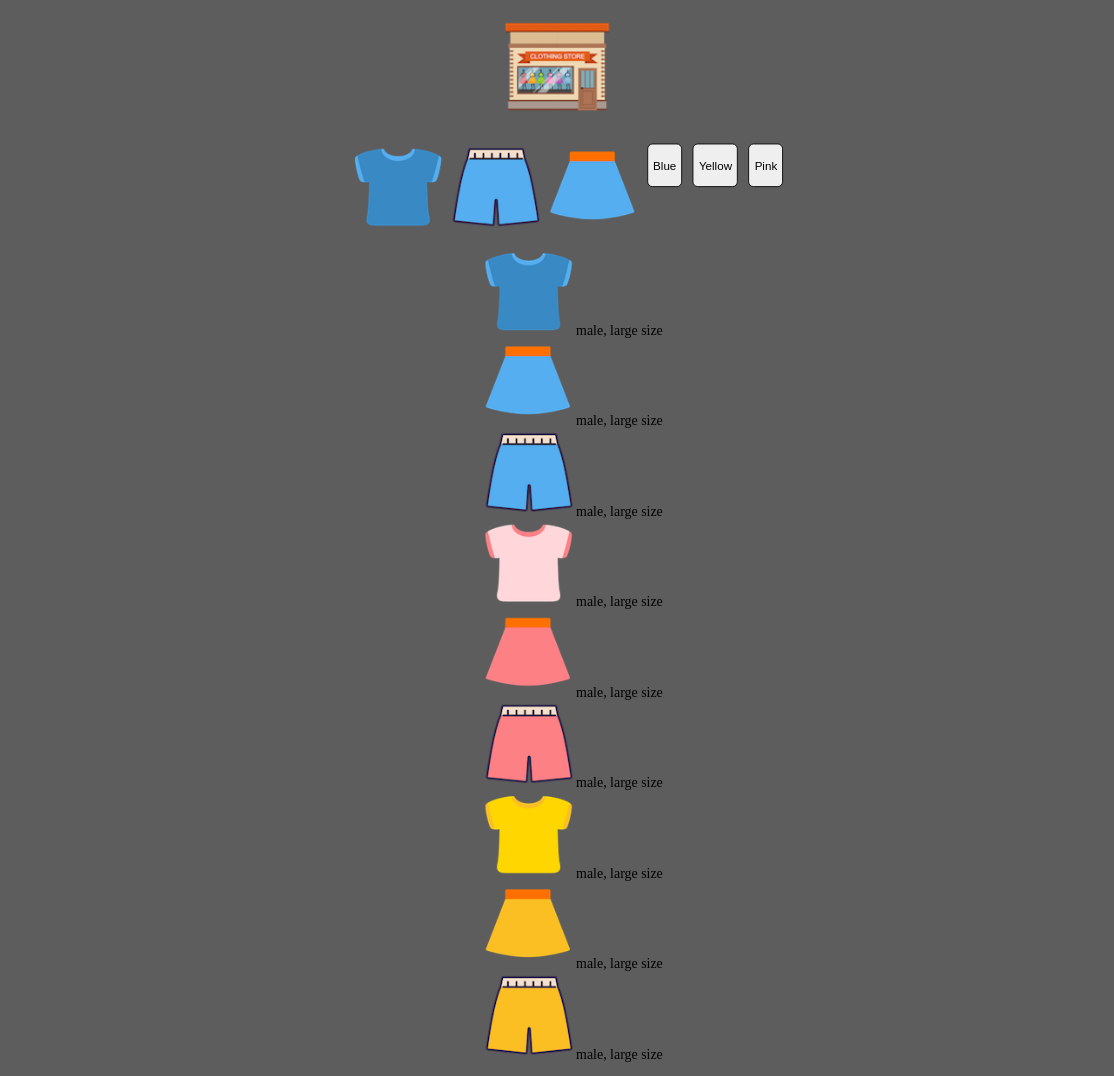
Repository: keehoonjung/Shoppingmall-Game
Page: index.html
The author's editor kept a copy of each file at every save. The page is drawn from the files as they stood at one save, then again after the next save.
The browser window is 1280 px wide. The pictures show the whole page, at 87% of full size.

Above is the page before, as saved 2021-08-12 13:33:08.

After the next save:
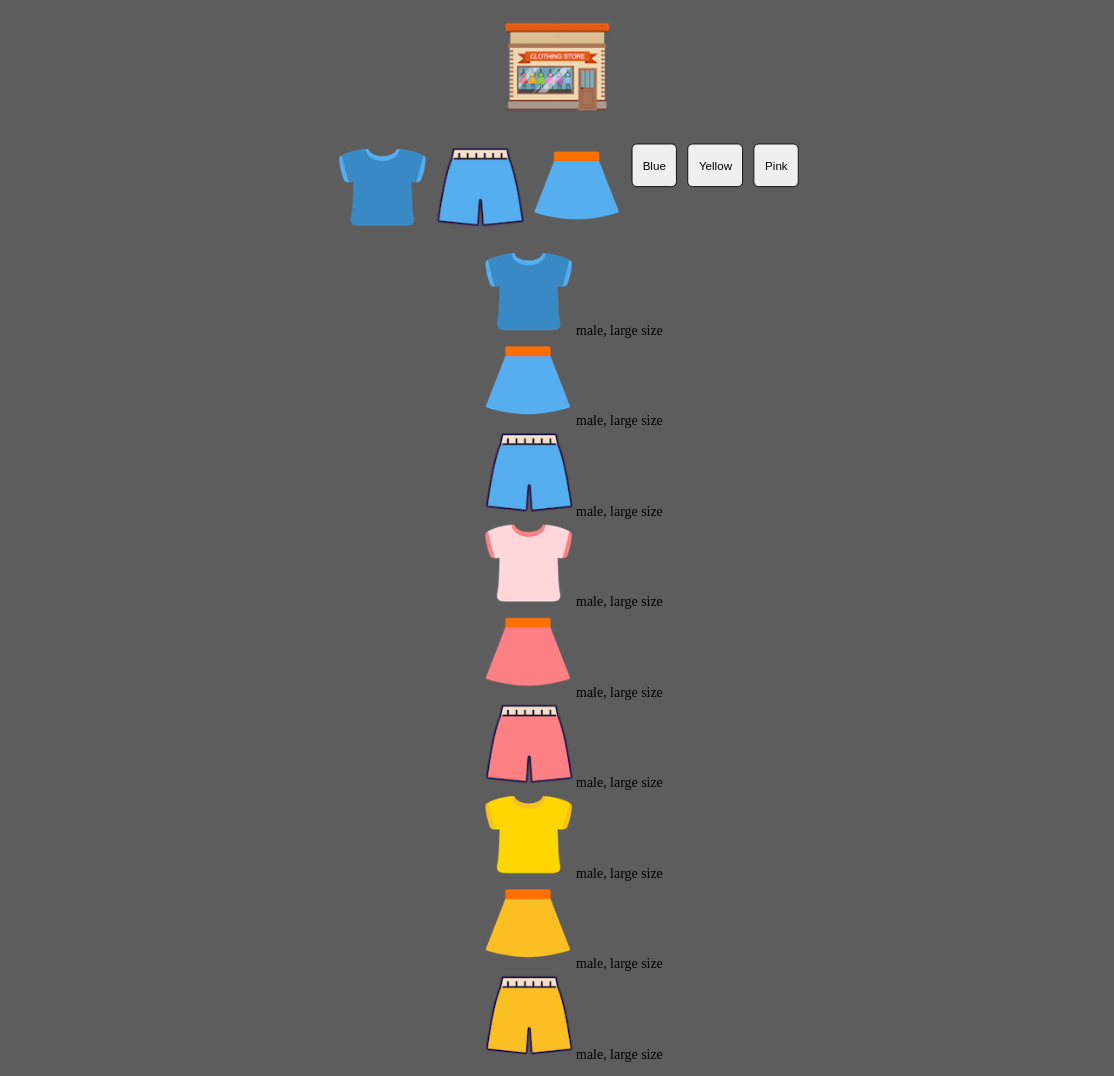
Saved 16 s later.
--- a/style.css
+++ b/style.css
@@ -17,6 +17,7 @@ button {
   border-radius: 6px;
   display: inline-block;
   height: 50px;
+  padding: 6px 12px;
 }
 
 header {
